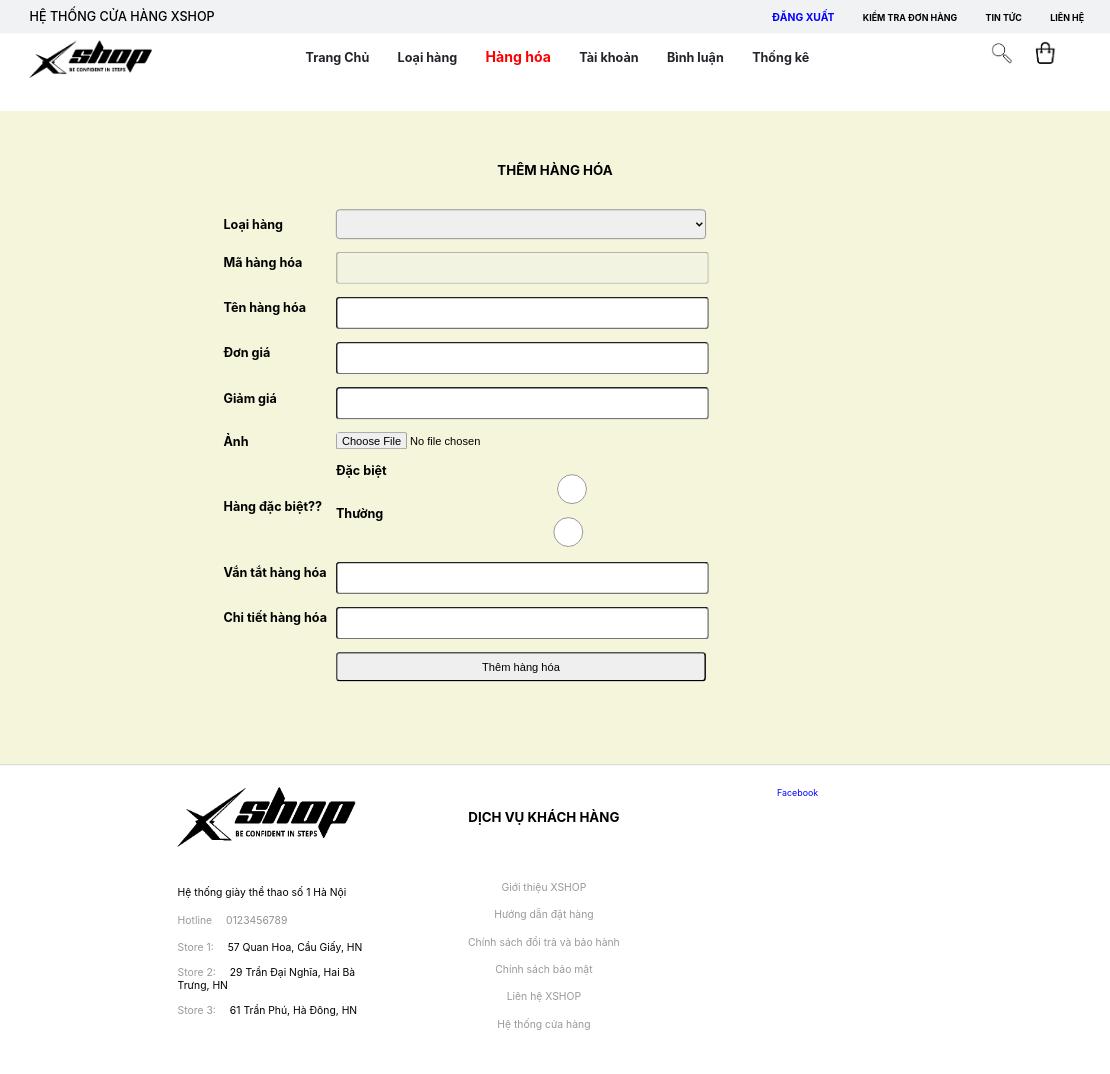
Repository: tienaq123/dam
Page: http://localhost/ass/ad/themsanpham.php
An editor plug-in stored every save of this project. The page is shown before and after the next save, followed by the edit.
The browser window is 1280 px wide. The page is 1500 px wide, so the pictures cover 1500 px, including what lies to the right of the window. The pictures show the whole page, at 74% of full size.
The page is run by PHP 8.4 with error messages shown; the project is at /var/www/html/. Queries for data that is not in the repository find no rows.

Above is the page before, as saved 2021-10-22 02:22:29.

After the next save:
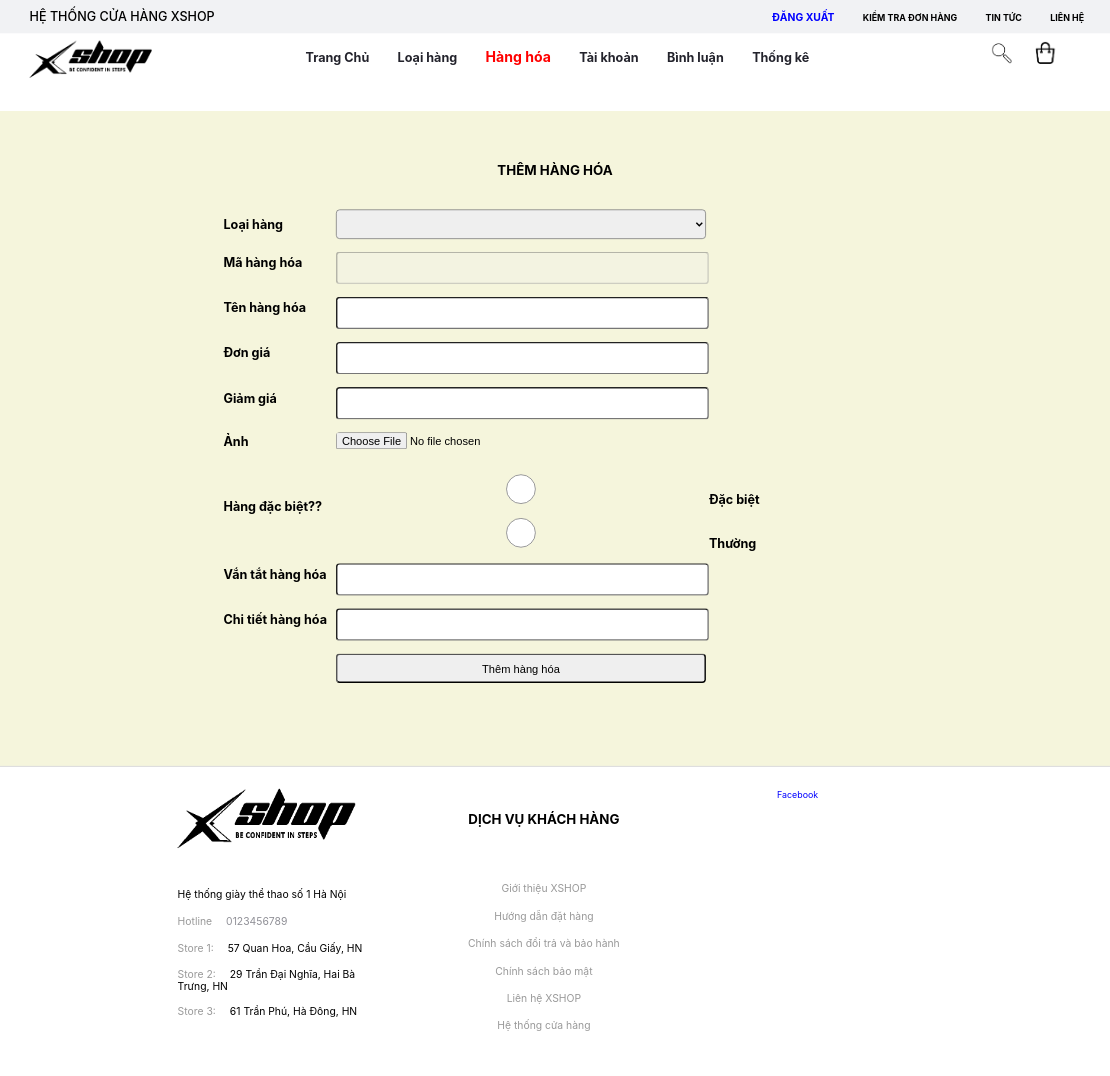
Saved 18 s later.
--- a/ad/themsanpham.php
+++ b/ad/themsanpham.php
@@ -96,8 +96,8 @@
 
                     <tr>
                         <td class="left">Hàng đặc biệt??</td>
-                        <td class="right"><input name="dac_biet" type="radio" value="dac_biet" /><span style="font-size: 17px; font-weight:bold; float:left;"> Đặc biệt</span>
-                                          <input name="dac_biet" type="radio" value="thuong" /><span style="font-size: 17px; font-weight:bold; float:left;"> Thường</span> <br>
+                        <td class="right"><input name="dac_biet" type="radio" value="dac_biet" /><span style="font-size: 17px; font-weight:bold; margin-right: 30px"> Đặc biệt</span>
+                                          <input name="dac_biet" type="radio" value="thuong" /><span style="font-size: 17px; font-weight:bold; margin-right: 30px"> Thường</span> <br>
                         </td>
                     </tr>
 
